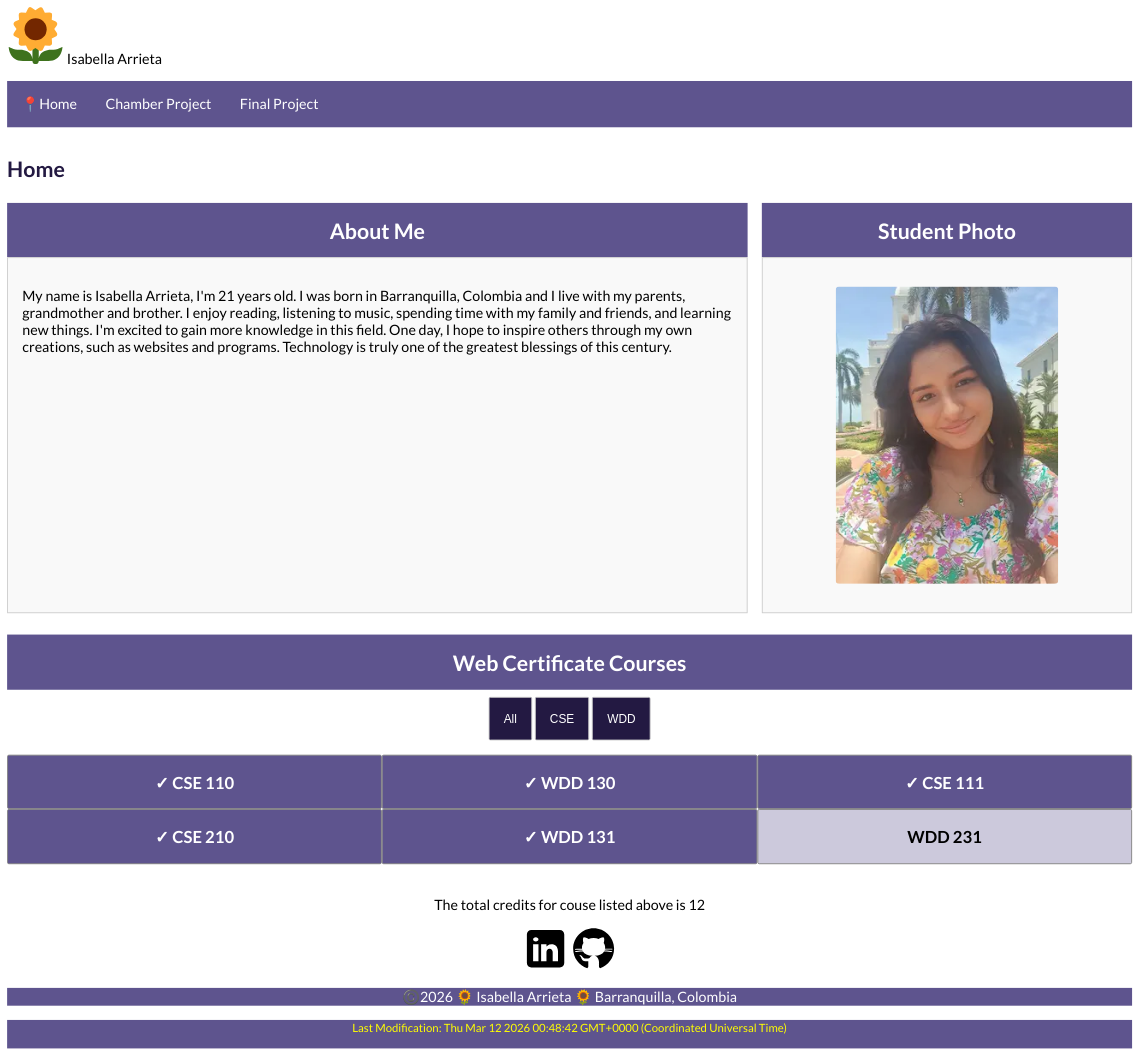
Repository: isaAJ05/wdd231
Page: index.html
These files come from the project's save history. The page is drawn as it stood at one moment and after a run of saves; the edit follows.
The browser window is 1280 px wide. The pictures show the whole page, at 89% of full size.
Some web fonts or font styles are not loaded; a fallback is used.

Above is the page before, as saved 2026-06-30 00:10:01.

### index.html
<!DOCTYPE html>
<html lang="en">
<head>
    <meta charset="UTF-8">
    <meta name="viewport" content="width=device-width, initial-scale=1.0">
    <title>WDD 231 – Web Frontend Development I – Isabella Arrieta</title>
    <meta name="description" content="WDD 231 – Web Frontend Development I Isabella Arrieta, This is a page about me">
    <meta name="author" content="Isabella Arrieta">
    <meta property="og:title" content="Facebook">
    <meta property="og:description" content="Connect with friends, family and other people you know on Facebook.">
    <meta property="og:url" content="https://www.facebook.com/">
    <meta property="og:image" content="https://www.facebook.com/images/fb_icon_325x325.png">
    <link rel="icon" href="images/favicon.ico">
    <link rel="stylesheet" href="styles/normalize.css">
    <link rel="preconnect" href="https://fonts.googleapis.com">
    <link rel="preconnect" href="https://fonts.gstatic.com" crossorigin>
    <link href="https://fonts.googleapis.com/css2?family=Lato:ital,wght@0,100;0,300;0,400;0,700;0,900;1,100;1,300;1,400;1,700;1,900&family=Open+Sans:ital,wght@0,300..800;1,300..800&family=Play:wght@400;700&family=Raleway:ital,wght@0,100..900;1,100..900&display=swap" rel="stylesheet">
    <script src="scripts/getdates.js" defer></script>
    <script src="scripts/hamburguer.js" defer></script>
    <script src="scripts/courses.js" defer></script>
</head>
<body>
    <header>
        <div class="title">
            <img src="images/sunflower-svgrepo-com.svg" alt="Isabella Arrieta logo">
            <span>Isabella Arrieta</span>
        </div>
        <button id="menu" aria-label="Open menu"></button>
        <nav>
            <ul class="navigation">
			<li><a href="index.html" class="active">Home</a></li>
			<li><a href="#" class="chamber">Chamber Project</a></li>
			<li><a href="#" class="final">Final Project</a></li>
		</ul>
        </nav>
    </header>
    <main>
        <h1>Home</h1>
        <section>
         <div class="rectangle">
            <h2>About Me</h2>
            </div>
        <div class="card">
            <p>My name is Isabella Arrieta, I'm 21 years old. I was born in Barranquilla, Colombia and I live with my parents, grandmother and brother. I enjoy reading, listening to music, spending time with my family and friends, and learning new things. I'm excited to gain more knowledge in this field. One day, I hope to inspire others through my own creations, such as websites and programs. Technology is truly one of the greatest blessings of this century.</p>
        </div>
        </section>
        <section>
            <div class="rectangle">
                <h2>Student Photo</h2>
            </div>
            <div class="card">
                <img src="images/isabella.webp" alt="Isabella Arrieta picture">
            </div>
        </section>
        <section>
            <div class="rectangle">
                <h2>Web Certificate Courses</h2>
            </div>
            <div class="course-buttons">
                <button id="all">All</button>
                <button id="cse">CSE</button>
                <button id="wdd">WDD</button>
            </div>
            <div id="courses"></div>
            <div id="courses"></div>
            <p>The total credits for couse listed above is <span id="totalCredits"></span></p>

        </section>
    </main>
    <footer>
        <div class ="icons">
                <a href="https://www.linkedin.com/in/isabella-arrieta/" target="_blank"><img src="images/icons8-linkedin.svg" alt="LinkedIn icon"></a>
                <a href="https://github.com/isaaj05" target="_blank"><img src="images/icons8-github.svg" alt="GitHub icon"></a>
        </div>
        <p>
            ©️<span id="currentyear"></span> 🌻 Isabella Arrieta 🌻 Barranquilla, Colombia
        </p>
        <p class="last-modified">
            <span id="lastModified"></span>
        </p>
    </footer>

</body>
</html>

### scripts/getdates.js
const year = document.querySelector("#currentyear");
const today = new Date();
year.innerHTML = `<span class="highlight">${today.getFullYear()}</span>`;
const lastMod = document.querySelector("#lastModified");
let oLastModif = new Date(document.lastModified);
lastMod.innerHTML = `Last Modification: <span class="highlight">${oLastModif}</span>`;

### scripts/hamburguer.js
const hamButton = document.querySelector('#menu');
const navigation = document.querySelector('.navigation');
const title = document.querySelector('.title');

hamButton.addEventListener('click', () => {
	navigation.classList.toggle('open');
    hamButton.classList.toggle('open');
    title.classList.toggle('open');
});

### scripts/courses.js
// here we select the elements we need to interact with
const courseContainer = document.querySelector("#courses"); // container for the course cards
const totalCredits = document.querySelector("#totalCredits"); // element to display total credits
// buttons to filter courses
const allBtn = document.querySelector("#all");
const cseBtn = document.querySelector("#cse");
const wddBtn = document.querySelector("#wdd");
// array given by the university with all the courses in the web certificate program
const courses = [
    {
        subject: 'CSE',
        number: 110,
        title: 'Introduction to Programming',
        credits: 2,
        certificate: 'Web and Computer Programming',
        description: 'This course will introduce students to programming. It will introduce the building blocks of programming languages (variables, decisions, calculations, loops, array, and input/output) and use them to solve problems.',
        technology: [
            'Python'
        ],
        completed: true
    },
    {
        subject: 'WDD',
        number: 130,
        title: 'Web Fundamentals',
        credits: 2,
        certificate: 'Web and Computer Programming',
        description: 'This course introduces students to the World Wide Web and to careers in web site design and development. The course is hands on with students actually participating in simple web designs and programming. It is anticipated that students who complete this course will understand the fields of web design and development and will have a good idea if they want to pursue this degree as a major.',
        technology: [
            'HTML',
            'CSS'
        ],
        completed: true
    },
    {
        subject: 'CSE',
        number: 111,
        title: 'Programming with Functions',
        credits: 2,
        certificate: 'Web and Computer Programming',
        description: 'CSE 111 students become more organized, efficient, and powerful computer programmers by learning to research and call functions written by others; to write, call , debug, and test their own functions; and to handle errors within functions. CSE 111 students write programs with functions to solve problems in many disciplines, including business, physical science, human performance, and humanities.',
        technology: [
            'Python'
        ],
        completed: true
    },
    {
        subject: 'CSE',
        number: 210,
        title: 'Programming with Classes',
        credits: 2,
        certificate: 'Web and Computer Programming',
        description: 'This course will introduce the notion of classes and objects. It will present encapsulation at a conceptual level. It will also work with inheritance and polymorphism.',
        technology: [
            'C#'
        ],
        completed: true
    },
    {
        subject: 'WDD',
        number: 131,
        title: 'Dynamic Web Fundamentals',
        credits: 2,
        certificate: 'Web and Computer Programming',
        description: 'This course builds on prior experience in Web Fundamentals and programming. Students will learn to create dynamic websites that use JavaScript to respond to events, update content, and create responsive user experiences.',
        technology: [
            'HTML',
            'CSS',
            'JavaScript'
        ],
        completed: true
    },
    {
        subject: 'WDD',
        number: 231,
        title: 'Frontend Web Development I',
        credits: 2,
        certificate: 'Web and Computer Programming',
        description: 'This course builds on prior experience with Dynamic Web Fundamentals and programming. Students will focus on user experience, accessibility, compliance, performance optimization, and basic API usage.',
        technology: [
            'HTML',
            'CSS',
            'JavaScript'
        ],
        completed: false
    }
]
// function to display the courses on the page
function displayCourses(courseList) {
    courseContainer.innerHTML = ""; // clear the container before adding new courses

    courseList.forEach(course => {
        const card = document.createElement("div"); // create a card for each course
        card.classList.add("course-card");

        if (course.completed) {
            card.classList.add("completed");// add a class to indicate the course is completed
        }

        card.innerHTML = `
            <h3>${course.completed ? '✓' : ''} ${course.subject} ${course.number}</h3>
        `;

        courseContainer.appendChild(card); // add the card to the container
    });

    calculateCredits(courseList);
}
function calculateCredits(courseList) {
    const total = courseList.reduce((sum, course) => sum + course.credits, 0); // calculate the total credits by summing the credits of all courses in the list
    totalCredits.textContent = total;
}

allBtn.addEventListener("click", () => {
    displayCourses(courses);
});

cseBtn.addEventListener("click", () => {
    const cseCourses = courses.filter(course => course.subject === "CSE");
    displayCourses(cseCourses);
});

wddBtn.addEventListener("click", () => {
    const wddCourses = courses.filter(course => course.subject === "WDD");
    displayCourses(wddCourses);
});

displayCourses(courses);

Loaded but not shown: styles/normalize.css (library)

After the next 2 saves:
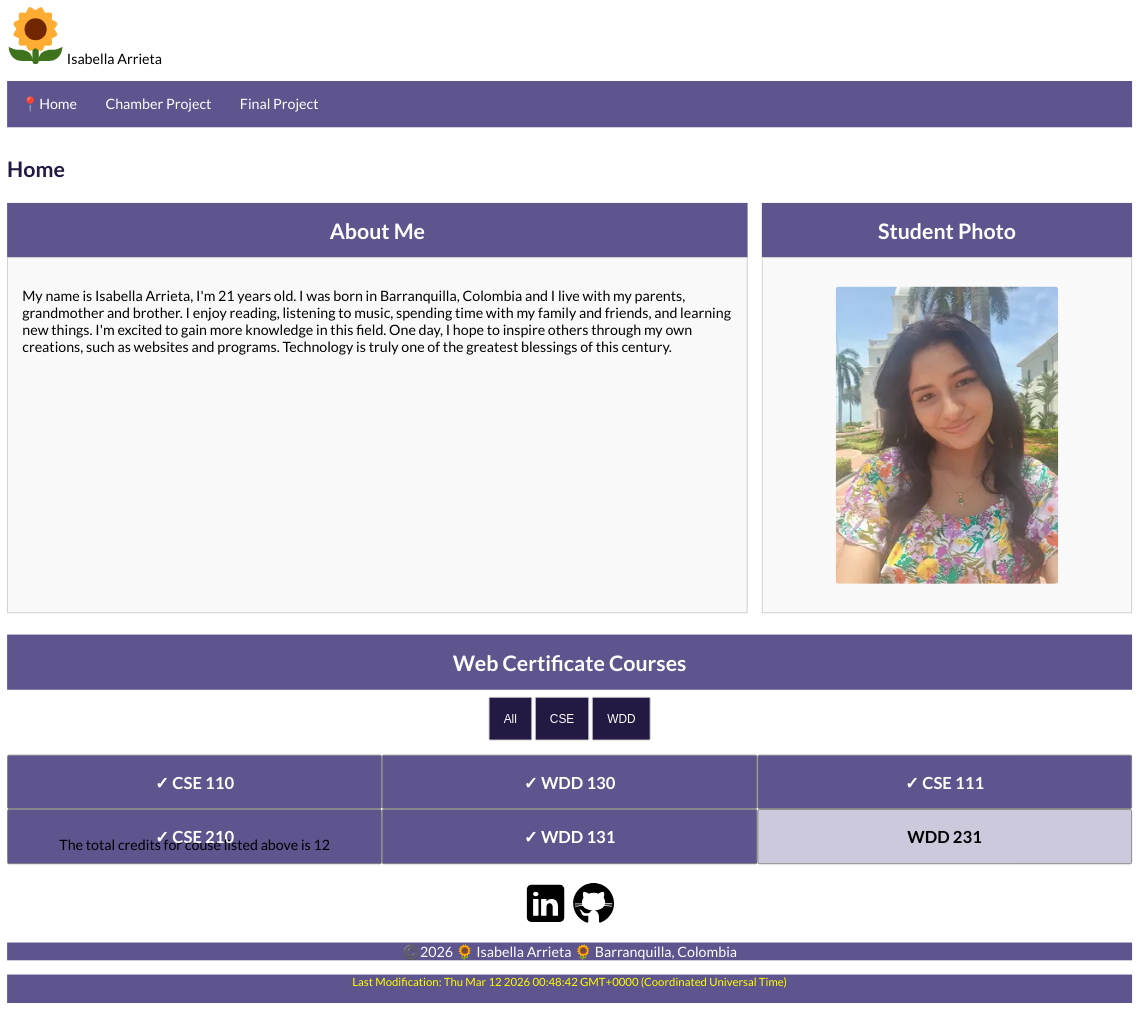
The 2 saves are shown as one change because they came seconds apart.
The last was saved 8 s later.
--- a/index.html
+++ b/index.html
@@ -62,8 +62,8 @@
                 <button id="wdd">WDD</button>
             </div>
             <div id="courses"></div>
-            <div id="courses"></div>
-            <p>The total credits for couse listed above is <span id="totalCredits"></span></p>
+            <div id="courses"><p>The total credits for couse listed above is <span id="totalCredits"></span></p>
+</div>
 
         </section>
     </main>
